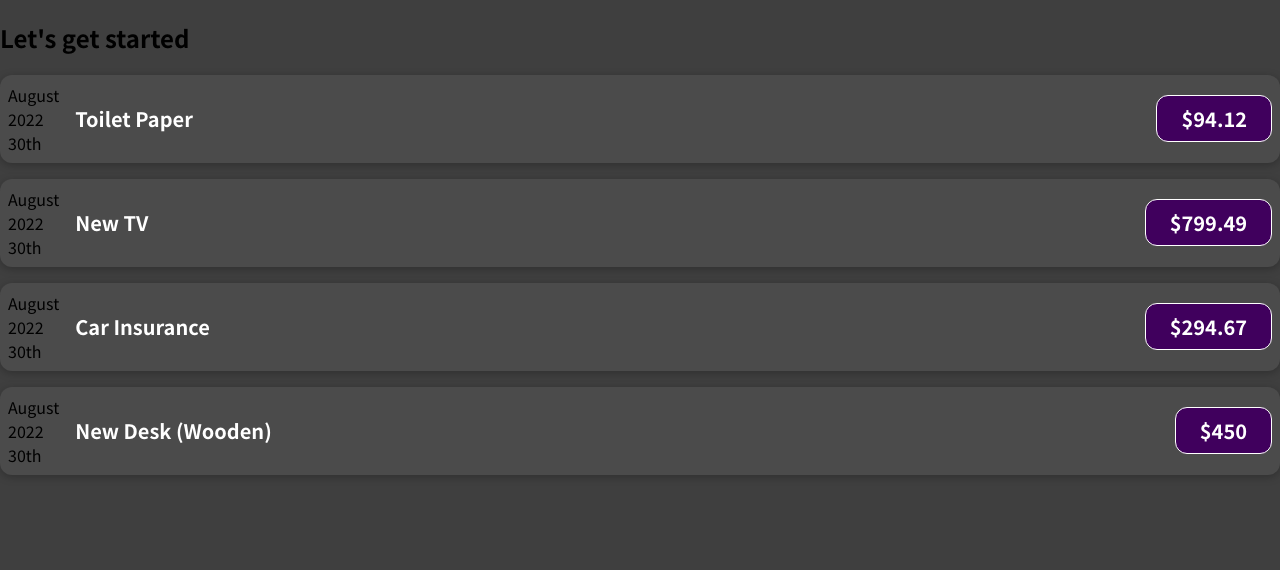
Repository: runner855/expense-tracker
Page: /
These files come from the project's save history. The page is drawn as it stood at one moment and after the next save; the edit follows.
The browser window is 1280 px wide. The pictures show the whole page.
The project was rebuilt for these pictures with package versions that can differ from the ones it lists, and the page was loaded fresh each time.

Above is the page before, as saved 2022-09-02 15:38:53.

### src/index.js
import React from 'react';
import ReactDOM from 'react-dom/client';
import expenses from './data/expenses.json';
import './styles/index.css';
import App from './components/App';

const root = ReactDOM.createRoot(document.getElementById('root'));
root.render(
  <React.StrictMode>
    <App expenses={expenses.expenses} />
  </React.StrictMode>
);

### src/data/expenses.json
{
  "expenses": [
    {
      "id": "e1",
      "title": "Toilet Paper",
      "amount": 94.12,
      "date": 1597408017000
    },
    {
      "id": "e2",
      "title": "New TV",
      "amount": 799.49,
      "date": 1615552017000
    },
    {
      "id": "e3",
      "title": "Car Insurance",
      "amount": 294.67,
      "date": 1616934417000
    },
    {
      "id": "e4",
      "title": "New Desk (Wooden)",
      "amount": 450,
      "date": 1623500817000
    }
  ]
}

### src/components/App.js
import React from 'react';
import ExpenseItem from '../components/ExpenseItem';


const App = (props) => {
  console.log(props)





  return (
    <div className="App">
      <h2>Let's get started</h2>
      <ExpenseItem date={props.expenses[0].date} title={props.expenses[0].title} amount={props.expenses[0].amount} />
      <ExpenseItem date={props.expenses[1].date} title={props.expenses[1].title} amount={props.expenses[1].amount} />
      <ExpenseItem date={props.expenses[2].date} title={props.expenses[2].title} amount={props.expenses[2].amount} />
      <ExpenseItem date={props.expenses[3].date} title={props.expenses[3].title} amount={props.expenses[3].amount} />






    </div>
  );
}

export default App;

### src/components/ExpenseItem.js
import React from 'react';
import '../styles/ExpenseItem.css'
import ExpenseDate from './ExpenseDate';


const ExpenseItem = (props) => {

  const { title, amount } = props;



  return (
    <div className='expense-item'>
      <ExpenseDate />
      <div className='expense-item__description'>
        <h2>{`${title}`}</h2>
        <div className='expense-item__price'>
          ${`${amount}`}
        </div>
      </div>
    </div>)
}

export default ExpenseItem;

### src/styles/ExpenseItem.css
.expense-item {
  display: flex;
  justify-content: space-between;
  align-items: center;
  box-shadow: 0 2px 8px rgba(0, 0, 0, 0.25);
  padding: 0.5rem;
  margin: 1rem 0;
  border-radius: 12px;
  background-color: #4b4b4b;
}

.expense-item__description {
  display: flex;
  flex-direction: column;
  gap: 1rem;
  align-items: flex-end;
  flex-flow: column-reverse;
  justify-content: flex-start;
  flex: 1;
}

.expense-item h2 {
  color: #3a3a3a;
  font-size: 1rem;
  flex: 1;
  margin: 0 1rem;
  color: white;
}

.expense-item__price {
  font-size: 1rem;
  font-weight: bold;
  color: white;
  background-color: #40005d;
  border: 1px solid white;
  padding: 0.5rem;
  border-radius: 12px;
}

@media (min-width: 580px) {
  .expense-item__description {
    flex-direction: row;
    align-items: center;
    justify-content: flex-start;
    flex: 1;
  }

  .expense-item__description h2 {
    font-size: 1.25rem;
  }

  .expense-item__price {
    font-size: 1.25rem;
    padding: 0.5rem 1.5rem;
  }
}

### src/components/ExpenseDate.js
import React from 'react';
import '../styles/ExpenseDate.css';
import moment from 'moment';



const ExpenseDate = (props) => {
  const month = moment(props.date).format(' MMMM');
  const year = moment(props.date).format(' YYYY ');
  const day = moment(props.date).format('Do');


  return (
    <div>
      <div>{month}</div>
      <div>{year}</div>
      <div>{day}</div>


    </div>
  );
}

export default ExpenseDate;

Loaded but not shown: public/index.html (common file); src/styles/index.css (common file); src/styles/ExpenseDate.css (common file)

After the next save:
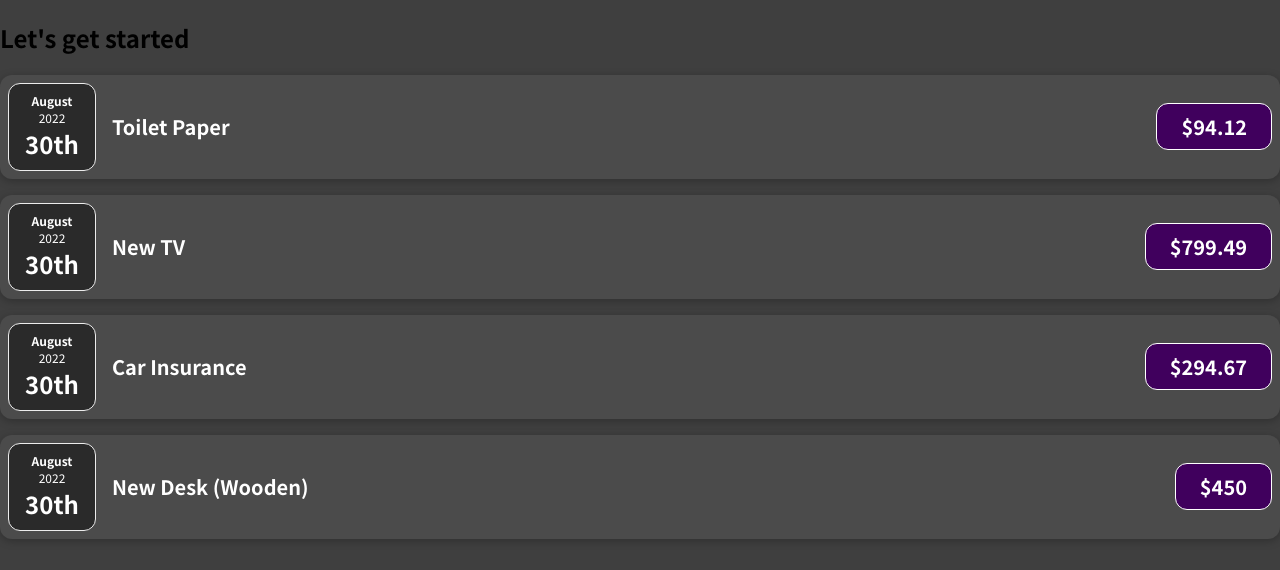
Saved 56 s later.
--- a/src/components/ExpenseDate.js
+++ b/src/components/ExpenseDate.js
@@ -11,10 +11,10 @@ const ExpenseDate = (props) => {
 
 
   return (
-    <div>
-      <div>{month}</div>
-      <div>{year}</div>
-      <div>{day}</div>
+    <div className='expense-date'>
+      <div className='expense-date__month'>{month}</div>
+      <div className='expense-date__year'>{year}</div>
+      <div className='expense-date__day'>{day}</div>
 
 
     </div>
